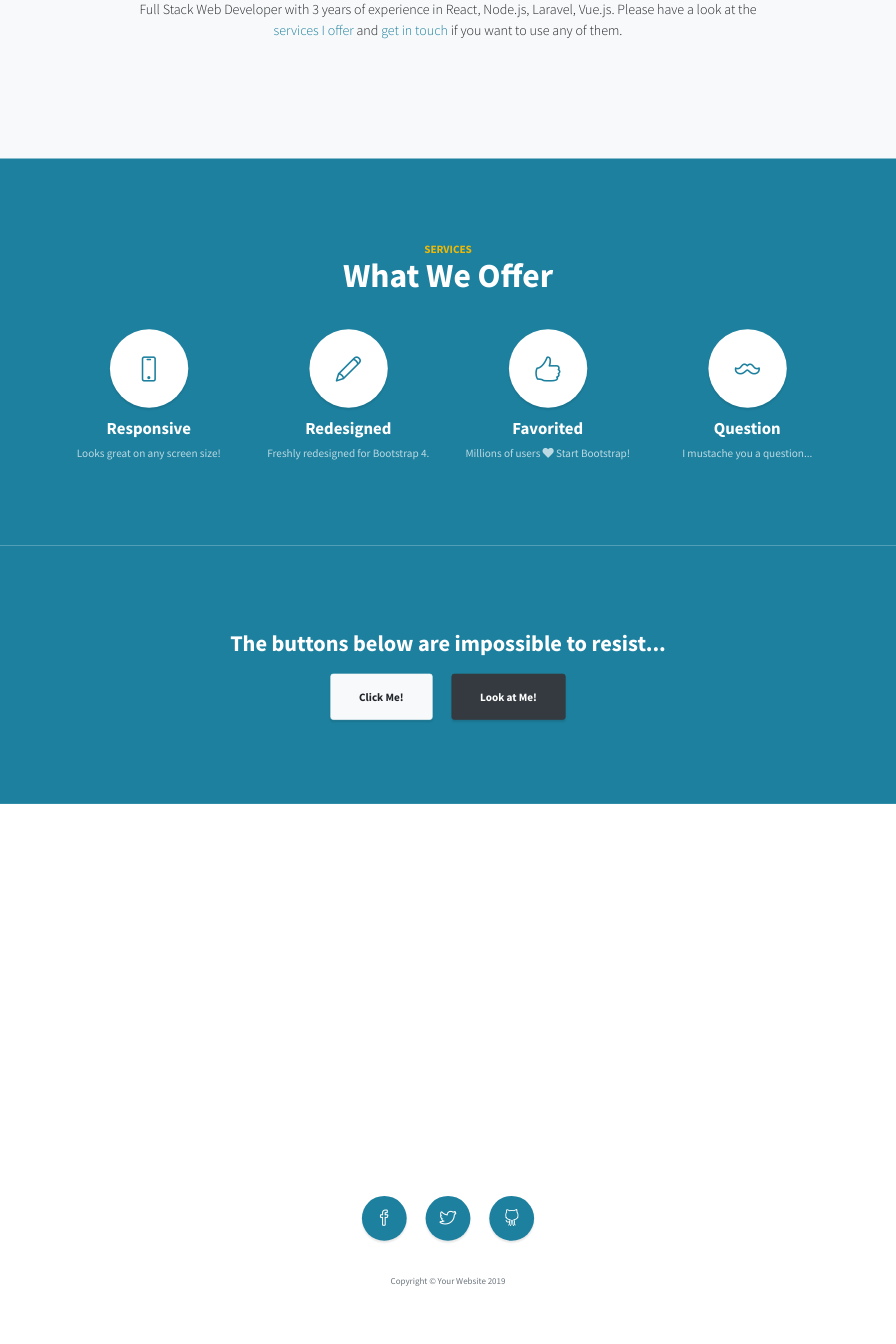
Repository: Williams94/Williams94.github.io
Page: index.html
These files come from the project's save history. The page is drawn as it stood at one moment and after the next save; the edit follows.
The browser window is 1280 px wide. The pictures show the part of the page from y = 2048 to 3968 px (the page is 3968 px tall before and 3488 px after), at 70% of full size.
A picture or video elsewhere on the page could not be fetched, so the positions and the page height are approximate.

Above is the page before, as saved 2019-07-06 13:41:40.

### index.html
<!DOCTYPE html>
<html lang="en">

<head>

  <meta charset="utf-8">
  <meta name="viewport" content="width=device-width, initial-scale=1, shrink-to-fit=no">
  <meta name="description" content="">
  <meta name="author" content="">

  <title>Stylish Portfolio - Start Bootstrap Template</title>

  <!-- Bootstrap Core CSS -->
  <link href="vendor/bootstrap/css/bootstrap.min.css" rel="stylesheet">

  <!-- Custom Fonts -->
  <link href="vendor/fontawesome-free/css/all.min.css" rel="stylesheet" type="text/css">
  <link href="https://fonts.googleapis.com/css?family=Source+Sans+Pro:300,400,700,300italic,400italic,700italic"
    rel="stylesheet" type="text/css">
  <link href="vendor/simple-line-icons/css/simple-line-icons.css" rel="stylesheet">

  <!-- Custom CSS -->
  <link href="css/stylish-portfolio.css" rel="stylesheet">
  <!-- <link href="css/new-age.min.css" rel="stylesheet"> -->

</head>

<body id="page-top">

  <!-- Navigation -->
  <nav class="navbar navbar-expand-lg navbar-light fixed-top" id="mainNav">
    <div class="container">
      <a class="navbar-brand js-scroll-trigger" href="#page-top">Ross Williams</a>
      <button class="navbar-toggler navbar-toggler-right" type="button" data-toggle="collapse"
        data-target="#navbarResponsive" aria-controls="navbarResponsive" aria-expanded="false"
        aria-label="Toggle navigation">
        Menu
        <i class="fas fa-bars"></i>
      </button>
      <div class="collapse navbar-collapse" id="navbarResponsive">
        <ul class="navbar-nav ml-auto">
          <li class="nav-item">
            <a class="nav-link js-scroll-trigger" href="#about">About</a>
          </li>
          <li class="nav-item">
            <a class="nav-link js-scroll-trigger" href="#portfolio">Portfolio</a>
          </li>
          <li class="nav-item">
            <a class="nav-link js-scroll-trigger" href="#services">Services</a>
          </li>
          <li class="nav-item">
            <a class="nav-link js-scroll-trigger" href="#contact">Contact</a>
          </li>
        </ul>
      </div>
    </div>
  </nav>

  <!-- Header -->
  <header class="masthead">
    <div class="container h-100">
      <div class="row h-100">
        <div class="col-lg-7 my-auto">
          <div class="header-content mx-auto">
            <h1 class="mb-5">Welcome, please take a look at my previous projects and the services I offer.</h1>
          </div>
        </div>
        <div class="col-lg-5 my-auto">
          <div class="device-container">
            <div class="device-mockup iphone6_plus portrait white">
              <div class="device">
                <div class="screen">
                  <!-- Demo image for screen mockup, you can put an image here, some HTML, an animation, video, or anything else! -->
                  <img src="img/demo-screen-1.jpg" class="img-fluid" alt="">
                </div>
                <div class="button">
                  <!-- You can hook the "home button" to some JavaScript events or just remove it -->
                </div>
              </div>
            </div>
          </div>
        </div>
      </div>
    </div>
  </header>

  <!-- Portfolio -->
  <section class="content-section" id="portfolio">
    <div class="container">
      <div class="content-section-heading text-center">
        <h3 class="text-secondary mb-0">Portfolio</h3>
        <h2 class="mb-5">Recent Projects</h2>
      </div>
      <div class="row no-gutters">
        <div class="col-lg-6">
          <a class="portfolio-item" href="#">
            <span class="caption">
              <span class="caption-content">
                <h2>Stationary</h2>
                <p class="mb-0">A yellow pencil with envelopes on a clean, blue backdrop!</p>
              </span>
            </span>
            <img class="img-fluid" src="img/portfolio-1.jpg" alt="">
          </a>
        </div>
        <div class="col-lg-6">
          <a class="portfolio-item" href="#">
            <span class="caption">
              <span class="caption-content">
                <h2>Ice Cream</h2>
                <p class="mb-0">A dark blue background with a colored pencil, a clip, and a tiny ice cream cone!</p>
              </span>
            </span>
            <img class="img-fluid" src="img/portfolio-2.jpg" alt="">
          </a>
        </div>
        <div class="col-lg-6">
          <a class="portfolio-item" href="#">
            <span class="caption">
              <span class="caption-content">
                <h2>Strawberries</h2>
                <p class="mb-0">Strawberries are such a tasty snack, especially with a little sugar on top!</p>
              </span>
            </span>
            <img class="img-fluid" src="img/portfolio-3.jpg" alt="">
          </a>
        </div>
        <div class="col-lg-6">
          <a class="portfolio-item" href="#">
            <span class="caption">
              <span class="caption-content">
                <h2>Workspace</h2>
                <p class="mb-0">A yellow workspace with some scissors, pencils, and other objects.</p>
              </span>
            </span>
            <img class="img-fluid" src="img/portfolio-4.jpg" alt="">
          </a>
        </div>
      </div>
    </div>
  </section>

  <!-- About -->
  <section class="content-section bg-light" id="about">
    <div class="container text-center">
      <div class="row">
        <div class="col-lg-10 mx-auto">
          <h2>Ross Williams - Software Engineer</h2>
          <p class="lead mb-5">Full Stack Web Developer with 3 years of experience in React, Node.js, Laravel, Vue.js.
            Please have a look at the <a href="#services">services I offer</a> and <a href="#contact">get in touch</a>
            if you want to use any of them.
          </p>
        </div>
      </div>
    </div>
  </section>

  <!-- Services -->
  <section class="content-section bg-primary text-white text-center" id="services">
    <div class="container">
      <div class="content-section-heading">
        <h3 class="text-secondary mb-0">Services</h3>
        <h2 class="mb-5">What We Offer</h2>
      </div>
      <div class="row">
        <div class="col-lg-3 col-md-6 mb-5 mb-lg-0">
          <span class="service-icon rounded-circle mx-auto mb-3">
            <i class="icon-screen-smartphone"></i>
          </span>
          <h4>
            <strong>Responsive</strong>
          </h4>
          <p class="text-faded mb-0">Looks great on any screen size!</p>
        </div>
        <div class="col-lg-3 col-md-6 mb-5 mb-lg-0">
          <span class="service-icon rounded-circle mx-auto mb-3">
            <i class="icon-pencil"></i>
          </span>
          <h4>
            <strong>Redesigned</strong>
          </h4>
          <p class="text-faded mb-0">Freshly redesigned for Bootstrap 4.</p>
        </div>
        <div class="col-lg-3 col-md-6 mb-5 mb-md-0">
          <span class="service-icon rounded-circle mx-auto mb-3">
            <i class="icon-like"></i>
          </span>
          <h4>
            <strong>Favorited</strong>
          </h4>
          <p class="text-faded mb-0">Millions of users
            <i class="fas fa-heart"></i>
            Start Bootstrap!</p>
        </div>
        <div class="col-lg-3 col-md-6">
          <span class="service-icon rounded-circle mx-auto mb-3">
            <i class="icon-mustache"></i>
          </span>
          <h4>
            <strong>Question</strong>
          </h4>
          <p class="text-faded mb-0">I mustache you a question...</p>
        </div>
      </div>
    </div>
  </section>

  <!-- Call to Action -->
  <section class="content-section bg-primary text-white">
    <div class="container text-center">
      <h2 class="mb-4">The buttons below are impossible to resist...</h2>
      <a href="#" class="btn btn-xl btn-light mr-4">Click Me!</a>
      <a href="#" class="btn btn-xl btn-dark">Look at Me!</a>
    </div>
  </section>

  <!-- Map -->
  <section id="contact" class="map">
    <!-- <iframe width="100%" height="100%" frameborder="0" scrolling="no" marginheight="0" marginwidth="0"
      src="https://maps.google.com/maps?f=q&amp;source=s_q&amp;hl=en&amp;geocode=&amp;q=Twitter,+Inc.,+Market+Street,+San+Francisco,+CA&amp;aq=0&amp;oq=twitter&amp;sll=28.659344,-81.187888&amp;sspn=0.128789,0.264187&amp;ie=UTF8&amp;hq=Twitter,+Inc.,+Market+Street,+San+Francisco,+CA&amp;t=m&amp;z=15&amp;iwloc=A&amp;output=embed"></iframe>
    <br /> -->
    <small>
      <a
        href="https://maps.google.com/maps?f=q&amp;source=embed&amp;hl=en&amp;geocode=&amp;q=Twitter,+Inc.,+Market+Street,+San+Francisco,+CA&amp;aq=0&amp;oq=twitter&amp;sll=28.659344,-81.187888&amp;sspn=0.128789,0.264187&amp;ie=UTF8&amp;hq=Twitter,+Inc.,+Market+Street,+San+Francisco,+CA&amp;t=m&amp;z=15&amp;iwloc=A"></a>
    </small>
  </section>

  <!-- Footer -->
  <footer class="footer text-center">
    <div class="container">
      <ul class="list-inline mb-5">
        <li class="list-inline-item">
          <a class="social-link rounded-circle text-white mr-3" href="#">
            <i class="icon-social-facebook"></i>
          </a>
        </li>
        <li class="list-inline-item">
          <a class="social-link rounded-circle text-white mr-3" href="#">
            <i class="icon-social-twitter"></i>
          </a>
        </li>
        <li class="list-inline-item">
          <a class="social-link rounded-circle text-white" href="#">
            <i class="icon-social-github"></i>
          </a>
        </li>
      </ul>
      <p class="text-muted small mb-0">Copyright &copy; Your Website 2019</p>
    </div>
  </footer>

  <!-- Scroll to Top Button-->
  <a class="scroll-to-top rounded js-scroll-trigger" href="#page-top">
    <i class="fas fa-angle-up"></i>
  </a>

  <!-- Bootstrap core JavaScript -->
  <script src="vendor/jquery/jquery.min.js"></script>
  <script src="vendor/bootstrap/js/bootstrap.bundle.min.js"></script>

  <!-- Plugin JavaScript -->
  <script src="vendor/jquery-easing/jquery.easing.min.js"></script>

  <!-- Custom scripts for this template -->
  <script src="js/stylish-portfolio.min.js"></script>

</body>

</html>

### css/stylish-portfolio.css
/*!
 * Start Bootstrap - Stylish Portfolio v5.0.6 (https://startbootstrap.com/template-overviews/stylish-portfolio)
 * Copyright 2013-2019 Start Bootstrap
 * Licensed under MIT (https://github.com/BlackrockDigital/startbootstrap-stylish-portfolio/blob/master/LICENSE)
 */

body,
html {
  width: 100%;
  height: 100%;
}

body {
  font-family: "Source Sans Pro";
}

.btn-xl {
  padding: 1.25rem 2.5rem;
}

.content-section {
  padding-top: 7.5rem;
  padding-bottom: 7.5rem;
}

.content-section-heading h2 {
  font-size: 3rem;
}

.content-section-heading h3 {
  font-size: 1rem;
  text-transform: uppercase;
}

h1,
h2,
h3,
h4,
h5,
h6 {
  font-weight: 700;
}

.text-faded {
  color: rgba(255, 255, 255, 0.7);
}

/* Map */
.map {
  height: 30rem;
}

@media (max-width: 992px) {
  .map {
    height: 75%;
  }
}

.map iframe {
  pointer-events: none;
}

.scroll-to-top {
  position: fixed;
  right: 15px;
  bottom: 15px;
  display: none;
  width: 50px;
  height: 50px;
  text-align: center;
  color: white;
  background: rgba(52, 58, 64, 0.5);
  line-height: 45px;
}

.scroll-to-top:focus,
.scroll-to-top:hover {
  color: white;
}

.scroll-to-top:hover {
  background: #343a40;
}

.scroll-to-top i {
  font-weight: 800;
}

.masthead {
  min-height: 30rem;
  position: relative;
  display: table;
  width: 100%;
  height: auto;
  padding-top: 8rem;
  padding-bottom: 8rem;
  background: -webkit-gradient(
      linear,
      left top,
      right top,
      from(rgba(255, 255, 255, 0.1)),
      to(rgba(255, 255, 255, 0.1))
    ),
    url("../img/bg-masthead.jpg");
  background: linear-gradient(
      90deg,
      rgba(255, 255, 255, 0.1) 0%,
      rgba(255, 255, 255, 0.1) 100%
    ),
    url("../img/bg-masthead.jpg");
  background-position: center center;
  background-repeat: no-repeat;
  background-size: cover;
}

.masthead h1 {
  font-size: 4rem;
  margin: 0;
  padding: 0;
}

@media (min-width: 992px) {
  .masthead {
    height: 100vh;
  }
  .masthead h1 {
    font-size: 5.5rem;
  }
}

/* Side Menu */
#sidebar-wrapper {
  position: fixed;
  z-index: 2;
  right: 0;
  width: 250px;
  height: 100%;
  -webkit-transition: all 0.4s ease 0s;
  transition: all 0.4s ease 0s;
  -webkit-transform: translateX(250px);
  transform: translateX(250px);
  background: #1d809f;
  border-left: 1px solid rgba(255, 255, 255, 0.1);
}

.sidebar-nav {
  position: absolute;
  top: 0;
  width: 250px;
  margin: 0;
  padding: 0;
  list-style: none;
}

.sidebar-nav li.sidebar-nav-item a {
  display: block;
  text-decoration: none;
  color: #fff;
  padding: 15px;
}

.sidebar-nav li a:hover {
  text-decoration: none;
  color: #fff;
  background: rgba(255, 255, 255, 0.2);
}

.sidebar-nav li a:active,
.sidebar-nav li a:focus {
  text-decoration: none;
}

.sidebar-nav > .sidebar-brand {
  font-size: 1.2rem;
  background: rgba(52, 58, 64, 0.1);
  height: 80px;
  line-height: 50px;
  padding-top: 15px;
  padding-bottom: 15px;
  padding-left: 15px;
}

.sidebar-nav > .sidebar-brand a {
  color: #fff;
}

.sidebar-nav > .sidebar-brand a:hover {
  color: #fff;
  background: none;
}

#sidebar-wrapper.active {
  right: 250px;
  width: 250px;
  -webkit-transition: all 0.4s ease 0s;
  transition: all 0.4s ease 0s;
}

.menu-toggle {
  position: fixed;
  right: 15px;
  top: 15px;
  width: 50px;
  height: 50px;
  text-align: center;
  color: #fff;
  background: rgba(52, 58, 64, 0.5);
  line-height: 50px;
  z-index: 999;
}

.menu-toggle:focus,
.menu-toggle:hover {
  color: #fff;
}

.menu-toggle:hover {
  background: #343a40;
}

.service-icon {
  background-color: #fff;
  color: #1d809f;
  height: 7rem;
  width: 7rem;
  display: block;
  line-height: 7.5rem;
  font-size: 2.25rem;
  -webkit-box-shadow: 0 3px 3px 0 rgba(0, 0, 0, 0.1);
  box-shadow: 0 3px 3px 0 rgba(0, 0, 0, 0.1);
}

.callout {
  padding: 15rem 0;
  background: -webkit-gradient(
      linear,
      left top,
      right top,
      from(rgba(255, 255, 255, 0.1)),
      to(rgba(255, 255, 255, 0.1))
    ),
    url("../img/bg-callout.jpg");
  background: linear-gradient(
      90deg,
      rgba(255, 255, 255, 0.1) 0%,
      rgba(255, 255, 255, 0.1) 100%
    ),
    url("../img/bg-callout.jpg");
  background-position: center center;
  background-repeat: no-repeat;
  background-size: cover;
}

.callout h2 {
  font-size: 3.5rem;
  font-weight: 700;
  display: block;
  max-width: 30rem;
}

.portfolio-item {
  display: block;
  position: relative;
  overflow: hidden;
  max-width: 530px;
  margin: auto auto 1rem;
}

.portfolio-item .caption {
  display: -webkit-box;
  display: -ms-flexbox;
  display: flex;
  height: 100%;
  width: 100%;
  background-color: rgba(33, 37, 41, 0.2);
  position: absolute;
  top: 0;
  bottom: 0;
  z-index: 1;
}

.portfolio-item .caption .caption-content {
  color: #fff;
  margin: auto 2rem 2rem;
}

.portfolio-item .caption .caption-content h2 {
  font-size: 0.8rem;
  text-transform: uppercase;
}

.portfolio-item .caption .caption-content p {
  font-weight: 300;
  font-size: 1.2rem;
}

@media (min-width: 992px) {
  .portfolio-item {
    max-width: none;
    margin: 0;
  }
  .portfolio-item .caption {
    -webkit-transition: -webkit-clip-path 0.25s ease-out, background-color 0.7s;
    -webkit-clip-path: inset(0px);
    clip-path: inset(0px);
  }
  .portfolio-item .caption .caption-content {
    -webkit-transition: opacity 0.25s;
    transition: opacity 0.25s;
    margin-left: 5rem;
    margin-right: 5rem;
    margin-bottom: 5rem;
  }
  .portfolio-item img {
    -webkit-transition: -webkit-clip-path 0.25s ease-out;
    -webkit-clip-path: inset(-1px);
    clip-path: inset(-1px);
  }
  .portfolio-item:hover img {
    -webkit-clip-path: inset(2rem);
    clip-path: inset(2rem);
  }
  .portfolio-item:hover .caption {
    background-color: rgba(29, 128, 159, 0.9);
    -webkit-clip-path: inset(2rem);
    clip-path: inset(2rem);
  }
}

footer.footer {
  padding-top: 5rem;
  padding-bottom: 5rem;
}

footer.footer .social-link {
  display: block;
  height: 4rem;
  width: 4rem;
  line-height: 4.3rem;
  font-size: 1.5rem;
  background-color: #1d809f;
  -webkit-transition: background-color 0.15s ease-in-out;
  transition: background-color 0.15s ease-in-out;
  -webkit-box-shadow: 0 3px 3px 0 rgba(0, 0, 0, 0.1);
  box-shadow: 0 3px 3px 0 rgba(0, 0, 0, 0.1);
}

footer.footer .social-link:hover {
  background-color: #155d74;
  text-decoration: none;
}

a {
  color: #1d809f;
}

a:hover,
a:focus,
a:active {
  color: #155d74;
}

.btn-primary {
  background-color: #1d809f !important;
  border-color: #1d809f !important;
  color: #fff !important;
}

.btn-primary:hover,
.btn-primary:focus,
.btn-primary:active {
  background-color: #155d74 !important;
  border-color: #155d74 !important;
}

.btn-secondary {
  background-color: #ecb807 !important;
  border-color: #ecb807 !important;
  color: #fff !important;
}

.btn-secondary:hover,
.btn-secondary:focus,
.btn-secondary:active {
  background-color: #ba9106 !important;
  border-color: #ba9106 !important;
}

.btn-dark {
  color: #fff !important;
}

.btn {
  -webkit-box-shadow: 0px 3px 3px 0px rgba(0, 0, 0, 0.1);
  box-shadow: 0px 3px 3px 0px rgba(0, 0, 0, 0.1);
  font-weight: 700;
}

.bg-primary {
  background-color: #1d809f !important;
}

.text-primary {
  color: #1d809f !important;
}

.text-secondary {
  color: #ecb807 !important;
}

#mainNav {
  border-color: rgba(34, 34, 34, 0.05);
  background-color: white;
  -webkit-transition: all 0.35s;
  transition: all 0.35s;
  font-family: "Catamaran", "Helvetica", "Arial", "sans-serif";
  font-weight: 200;
  letter-spacing: 1px;
}

#mainNav .navbar-brand {
  color: #fdcc52;
  font-family: "Catamaran", "Helvetica", "Arial", "sans-serif";
  font-weight: 200;
  letter-spacing: 1px;
}

#mainNav .navbar-brand:hover,
#mainNav .navbar-brand:focus {
  color: #fcbd20;
}

#mainNav .navbar-toggler {
  font-size: 12px;
  padding: 8px 10px;
  color: #222222;
}

#mainNav .navbar-nav > li > a {
  font-size: 11px;
  font-family: "Lato", "Helvetica", "Arial", "sans-serif";
  letter-spacing: 2px;
  text-transform: uppercase;
}

#mainNav .navbar-nav > li > a.active {
  color: #fdcc52 !important;
  background-color: transparent;
}

#mainNav .navbar-nav > li > a.active:hover {
  background-color: transparent;
}

#mainNav .navbar-nav > li > a,
#mainNav .navbar-nav > li > a:focus {
  color: #222222;
}

#mainNav .navbar-nav > li > a:hover,
#mainNav .navbar-nav > li > a:focus:hover {
  color: #fdcc52;
}

@media (min-width: 992px) {
  #mainNav {
    border-color: transparent;
    background-color: transparent;
  }
  #mainNav .navbar-brand {
    color: fade(white, 70%);
  }
  #mainNav .navbar-brand:hover,
  #mainNav .navbar-brand:focus {
    color: white;
  }
  #mainNav .navbar-nav > li > a,
  #mainNav .navbar-nav > li > a:focus {
    color: rgba(255, 255, 255, 0.7);
  }
  #mainNav .navbar-nav > li > a:hover,
  #mainNav .navbar-nav > li > a:focus:hover {
    color: white;
  }
  #mainNav.navbar-shrink {
    border-color: rgba(34, 34, 34, 0.1);
    background-color: white;
  }
  #mainNav.navbar-shrink .navbar-brand {
    color: #222222;
  }
  #mainNav.navbar-shrink .navbar-brand:hover,
  #mainNav.navbar-shrink .navbar-brand:focus {
    color: #fdcc52;
  }
  #mainNav.navbar-shrink .navbar-nav > li > a,
  #mainNav.navbar-shrink .navbar-nav > li > a:focus {
    color: #222222;
  }
  #mainNav.navbar-shrink .navbar-nav > li > a:hover,
  #mainNav.navbar-shrink .navbar-nav > li > a:focus:hover {
    color: #fdcc52;
  }
}


header.masthead {
  position: relative;
  width: 100%;
  padding-top: 150px;
  padding-bottom: 100px;
  color: white;
  background: url("../img/bg-pattern.png"), #7b4397;
  background: url("../img/bg-pattern.png"), -webkit-gradient(linear, right top, left top, from(#7b4397), to(#dc2430));
  background: url("../img/bg-pattern.png"), linear-gradient(to left, #7b4397, #dc2430);
}

header.masthead .header-content {
  max-width: 500px;
  margin-bottom: 100px;
  text-align: center;
}

header.masthead .header-content h1 {
  font-size: 30px;
}

header.masthead .device-container {
  max-width: 325px;
  margin-right: auto;
  margin-left: auto;
}

header.masthead .device-container .screen img {
  border-radius: 3px;
}

@media (min-width: 992px) {
  header.masthead {
    height: 100vh;
    min-height: 775px;
    padding-top: 0;
    padding-bottom: 0;
  }
  header.masthead .header-content {
    margin-bottom: 0;
    text-align: left;
  }
  header.masthead .header-content h1 {
    font-size: 50px;
  }
  header.masthead .device-container {
    max-width: 325px;
  }
}

Loaded but not shown: vendor/bootstrap/css/bootstrap.min.css (library); vendor/fontawesome-free/css/all.min.css (library); vendor/simple-line-icons/css/simple-line-icons.css (library); vendor/jquery/jquery.min.js (library); vendor/bootstrap/js/bootstrap.bundle.min.js (library); vendor/jquery-easing/jquery.easing.min.js (common file); js/stylish-portfolio.min.js (common file)

After the next save:
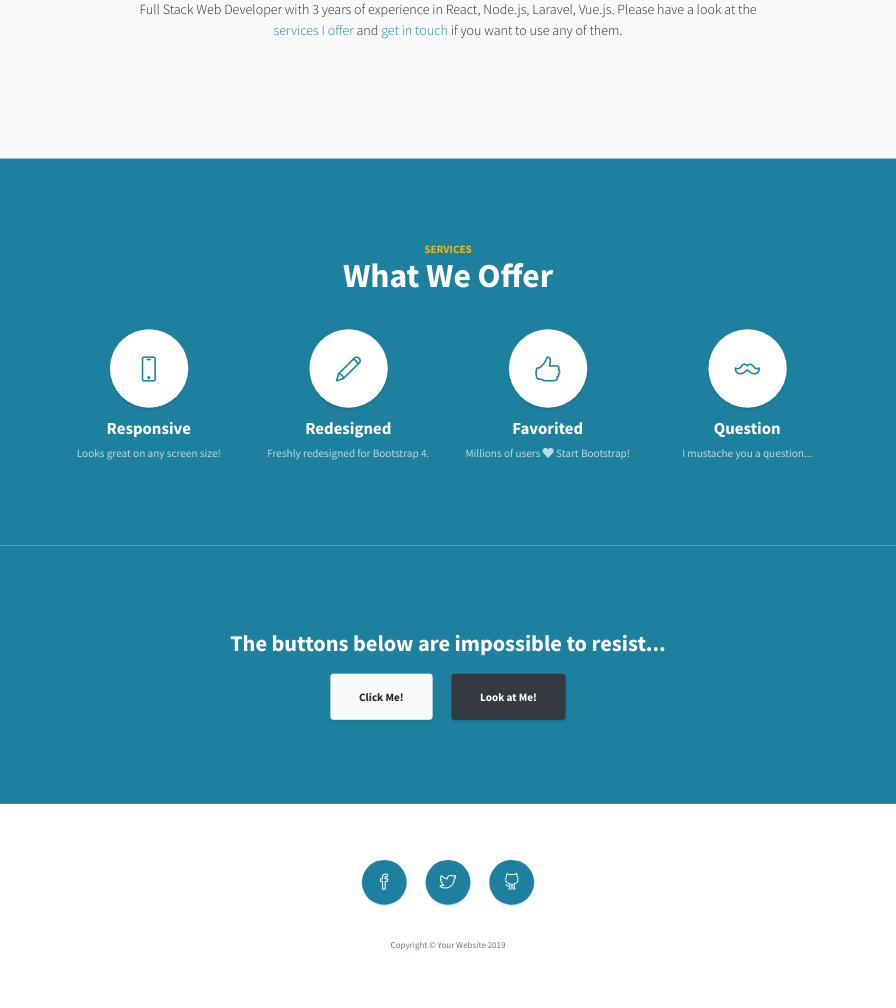
Saved 23 s later.
--- a/index.html
+++ b/index.html
@@ -215,15 +215,15 @@
   </section>
 
   <!-- Map -->
-  <section id="contact" class="map">
-    <!-- <iframe width="100%" height="100%" frameborder="0" scrolling="no" marginheight="0" marginwidth="0"
+  <!-- <section id="contact" class="map">
+    <iframe width="100%" height="100%" frameborder="0" scrolling="no" marginheight="0" marginwidth="0"
       src="https://maps.google.com/maps?f=q&amp;source=s_q&amp;hl=en&amp;geocode=&amp;q=Twitter,+Inc.,+Market+Street,+San+Francisco,+CA&amp;aq=0&amp;oq=twitter&amp;sll=28.659344,-81.187888&amp;sspn=0.128789,0.264187&amp;ie=UTF8&amp;hq=Twitter,+Inc.,+Market+Street,+San+Francisco,+CA&amp;t=m&amp;z=15&amp;iwloc=A&amp;output=embed"></iframe>
-    <br /> -->
+    <br />
     <small>
       <a
         href="https://maps.google.com/maps?f=q&amp;source=embed&amp;hl=en&amp;geocode=&amp;q=Twitter,+Inc.,+Market+Street,+San+Francisco,+CA&amp;aq=0&amp;oq=twitter&amp;sll=28.659344,-81.187888&amp;sspn=0.128789,0.264187&amp;ie=UTF8&amp;hq=Twitter,+Inc.,+Market+Street,+San+Francisco,+CA&amp;t=m&amp;z=15&amp;iwloc=A"></a>
     </small>
-  </section>
+  </section> -->
 
   <!-- Footer -->
   <footer class="footer text-center">
